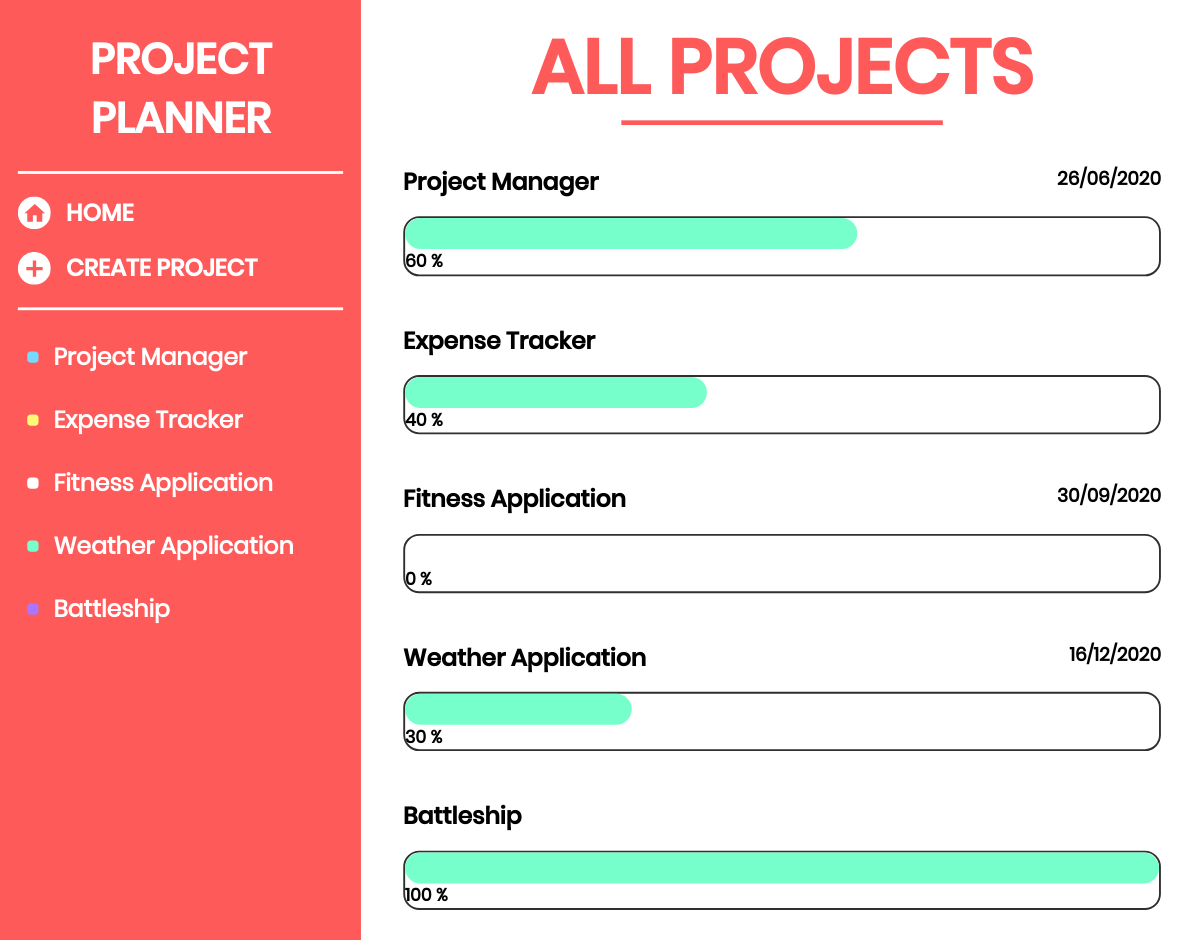
Repository: AzharMoosa/project-manager
Page: /
These files come from the project's save history. The page is drawn as it stood at one moment and after the next save; the edit follows.
The browser window is 1280 px wide. The pictures show the whole page, at 94% of full size.
The project was rebuilt for these pictures with package versions that can differ from the ones it lists, and the page was loaded fresh each time.

Above is the page before, as saved 2020-06-22 11:26:14.

After the next save:
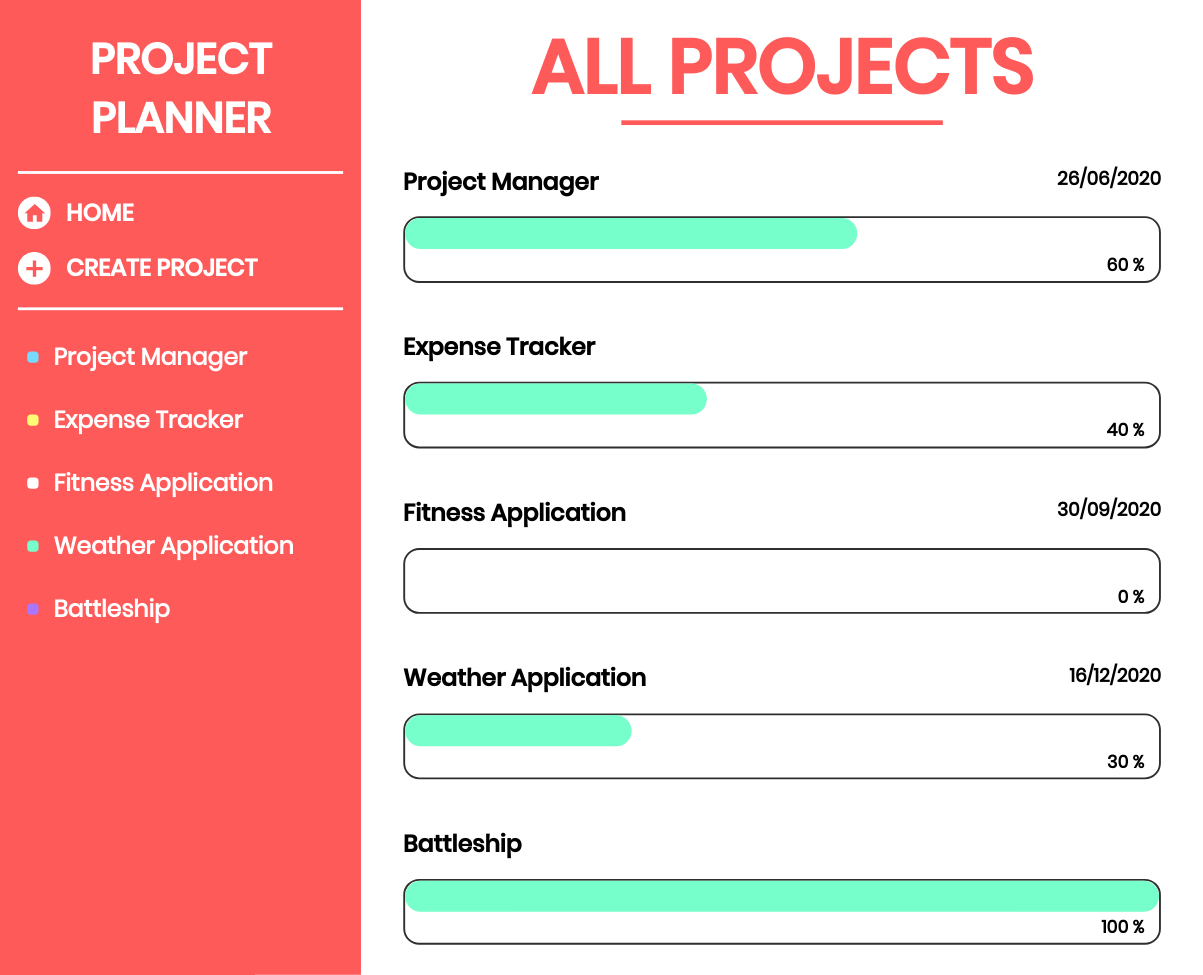
Saved 3 s later.
--- a/src/App.css
+++ b/src/App.css
@@ -174,7 +174,7 @@ body {
   border-radius: 17px;
 }
 
-.progressbar > div h3 {
+.progressbar h3 {
   display: flex;
   justify-content: flex-end;
   align-items: center;
